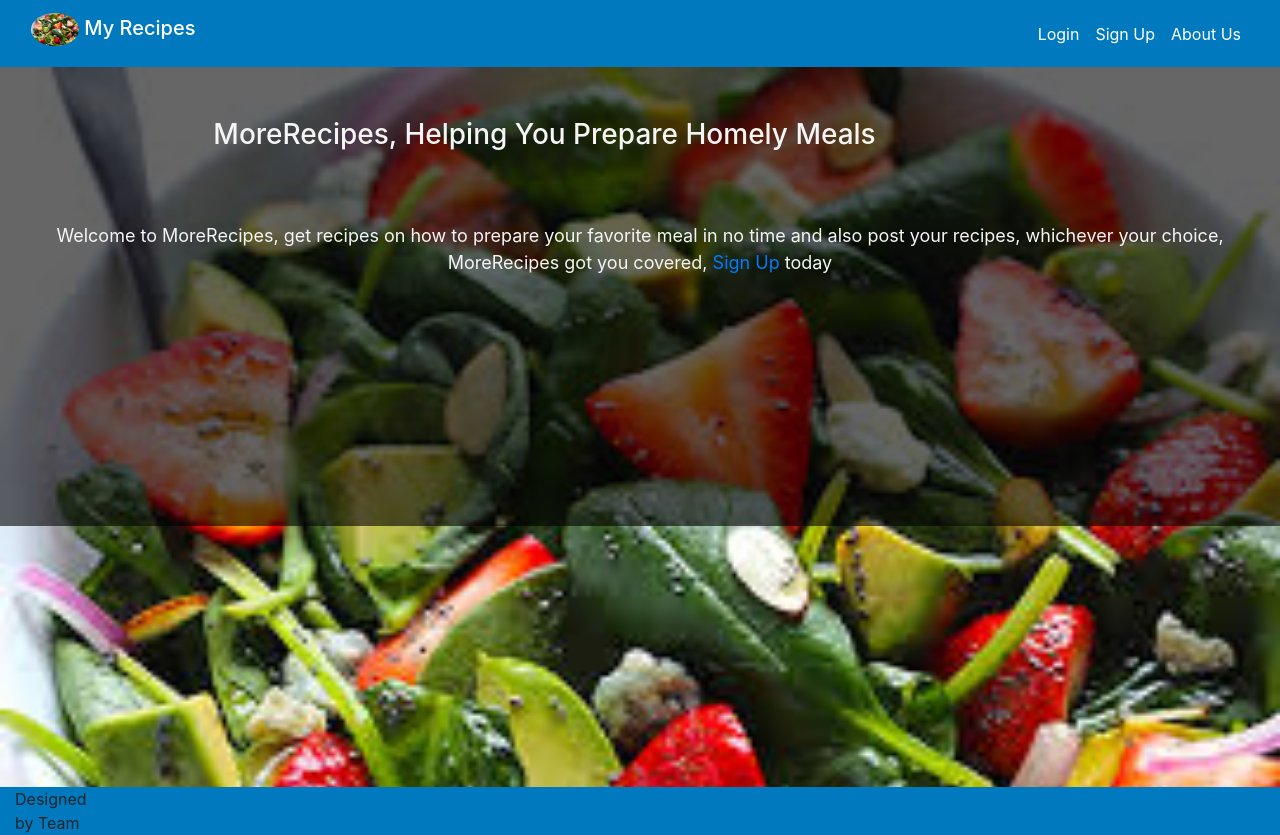
Repository: UggoPrince/more-recipes
Page: html/index.html
An editor plug-in stored every save of this project. The page is shown before and after the next save, followed by the edit.
The browser window is 1280 px wide. The pictures show the whole page.

Above is the page before, as saved 2018-07-30 07:17:55.

### html/index.html
<html lang="en">
<head>
  <meta charset="UTF-8">
  <meta name="viewport" content="width=device-width, initial-scale=1.0">
  <meta http-equiv="X-UA-Compatible" content="ie=edge">
  <link rel="stylesheet" href="https://maxcdn.bootstrapcdn.com/bootstrap/4.0.0/css/bootstrap.min.css" integrity="sha384-Gn5384xqQ1aoWXA+058RXPxPg6fy4IWvTNh0E263XmFcJlSAwiGgFAW/dAiS6JXm" crossorigin="anonymous"/>
  <style>
    main {
      background-color: rgba(0, 0, 3, 0.6);
      color: whitesmoke;
    }
    div#content {
      background-size: 100vw;
      background-repeat: no-repeat;
      background-image: url(../img/nav-image.jpg);
      background-size: cover;
      height: 100vh;
      background-repeat: no-repeat;
    }
    nav {
      background-color: #0079be;
      color: white;
    }
    .nav-link {
      color: white;
    }
  </style>
  <title>My Recipes Homepage</title>
</head>
<body>
  <nav class="xnav navbar navbar-expand-lg">
    <div class="container-fluid">
      <h3 style="color: white;" class="navbar-brand">
        <img class="rounded-circle" src="../img/nav-image.jpg" style="width: 48px;" alt="logo"/>
        My Recipes
      </h3>
      <button class="navbar-toggler" type="button" data-toggle="collapse" aria-controls="navDropdown" aria-expanded="false" aria-label="Toggle Navigation" data-target="#navDropdown" >
        <span class="navbar-toggler-icon"></span>
      </button>
      <div class="collapse navbar-collapse justify-content-end brand-anchor" id="navDropdown">
        <ul class="navbar-nav">
          <li class="nav-item">
            <a class="nav-link" href="login.html">Login</a>
          </li>
          <li class="nav-item">
            <a class="nav-link" href="signup.html">Sign Up</a>
          </li>
          <li class="nav-item">
            <a class="nav-link" href="about.html">About Us</a>
          </li>
        </ul>
      </div>
    </div>
  </nav>
  <div id="content">
    <main class="container-fluid">
      <div class="row">
        <div class="offset-2 col-8;" style="margin-top: 4%;">
            <h3>MoreRecipes, Helping You Prepare Homely Meals</h3>
        </div>
      </div>
      <center>
        <div style="padding-top: 5%; padding-bottom: 20%; font-size: 18px;">
          Welcome to MoreRecipes, get recipes on how to prepare your favorite meal in no time and also post your recipes, whichever your choice, MoreRecipes got you covered, <a href="signup.html">Sign Up</a> today
        </div>
      </center>
    </main>
  </div>
  <footer class="container-fluid" style="background-color: #0079be;">
    <div class="row">
      <div class="col-1">Designed by Team</div>
    </div>
  </footer>
</body>
</html>

After the next save:
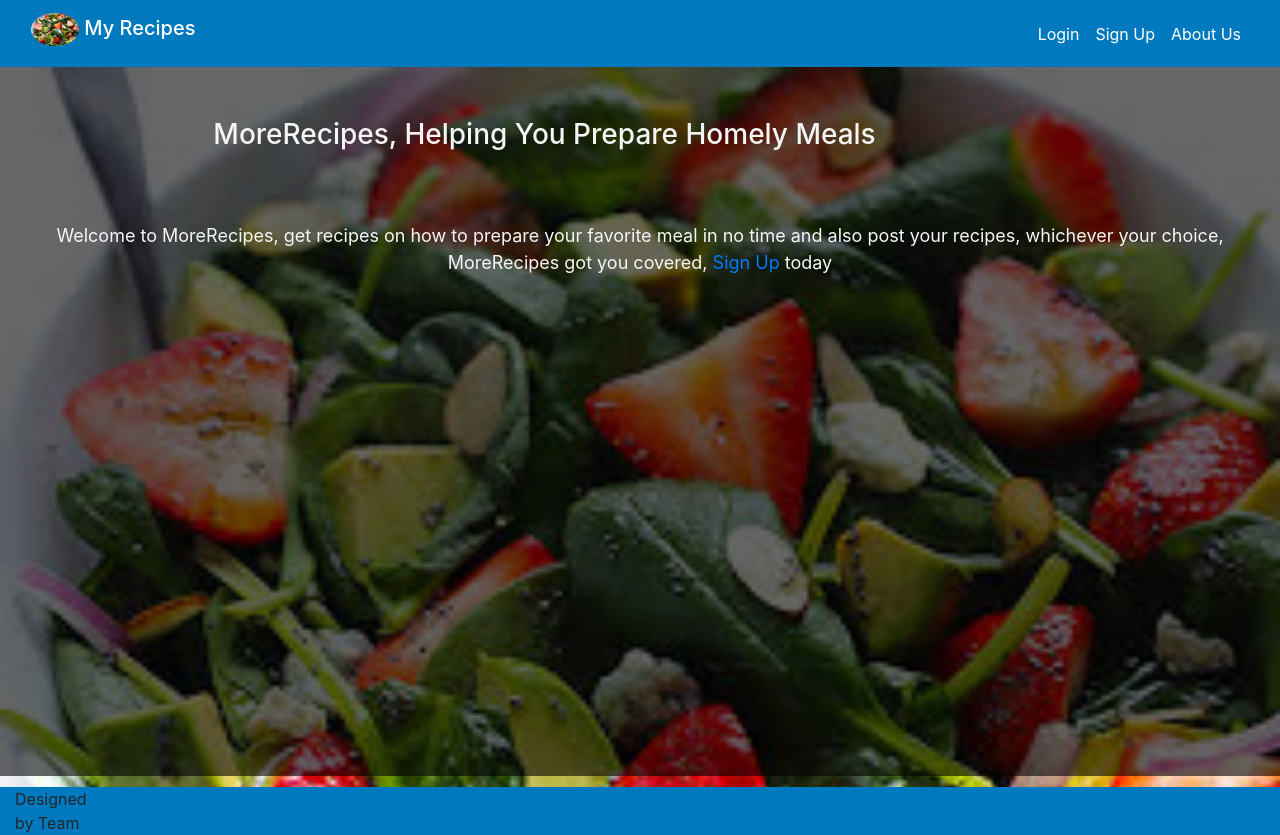
Saved 11 s later.
--- a/html/index.html
+++ b/html/index.html
@@ -60,7 +60,7 @@
         </div>
       </div>
       <center>
-        <div style="padding-top: 5%; padding-bottom: 20%; font-size: 18px;">
+        <div style="padding-top: 5%; padding-bottom: 40%; font-size: 18px;">
           Welcome to MoreRecipes, get recipes on how to prepare your favorite meal in no time and also post your recipes, whichever your choice, MoreRecipes got you covered, <a href="signup.html">Sign Up</a> today
         </div>
       </center>
